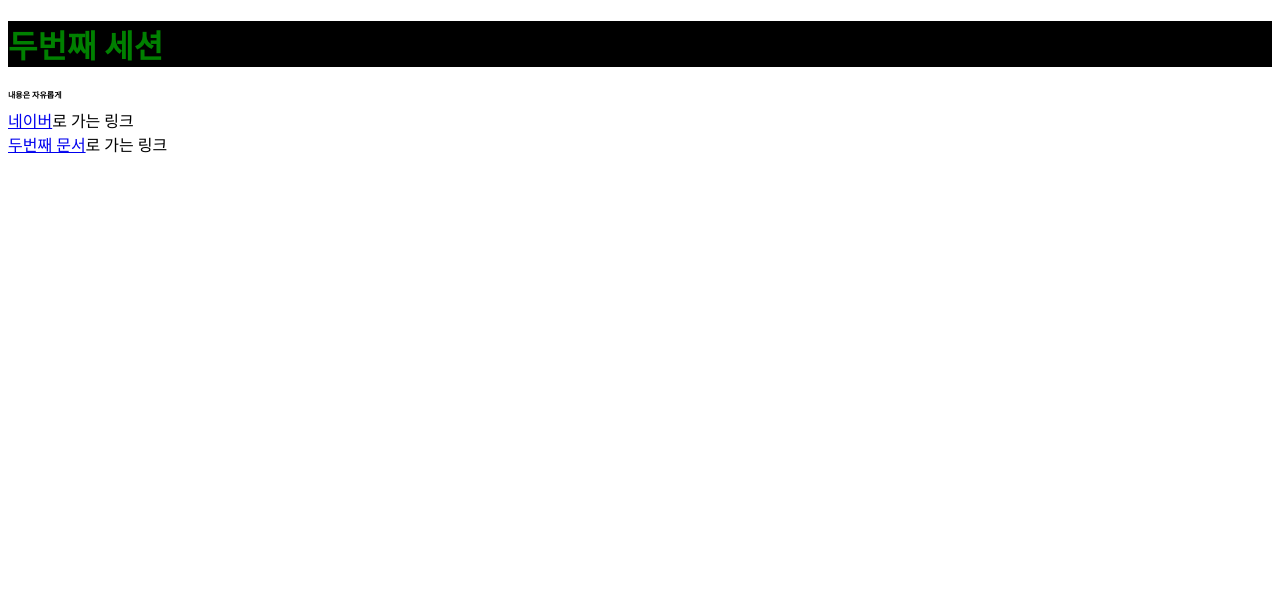
Repository: 90GSCHOI/LIKELION
Page: 0613test.html
The author's editor kept a record of every edit. The page is drawn from the files as they stood at one moment, then again after the next edit.
The browser window is 1280 px wide. The pictures show the whole page.

Above is the page before.

### 0613test.html
<!DOCTYPE html>
<html lang="en">
<head>
    <meta charset="UTF-8">
    <meta name="viewport" content="width=device-width, initial-scale=1.0">
    <meta http-equiv="X-UA-Compatible" content="ie=edge">
    <title>신나는 토요일</title>
    <link rel="stylesheet" href="./0613test.css" type="text/css" />
</head>
<body>
    <h1> 두번째 세션 </h1>
    <p> 내용은 자유롭게</p>
    <!--<form method="get">-->
    <!--<input type="text" name="like" />-->
    <!--<input type="submit" />-->
    <!--</form>-->
    <!--내가 만든 첫 번째 form-->
    <!--<img src="data:[embedded picture, 12111 characters]" />-->
    <a href="https://www.naver.com/">네이버</a>로 가는 링크 <br>
    <a href="./0613subtest.html">두번째 문서</a>로 가는 링크

</body>
</html>

### 0613test.css
h1{
   background:black;
   color:white;
}

p{
    font-weight:bold;
    font-size:0.5rem;
}

h1{
    color:green;
}

.red_color{
    color:red;
}

#myid{
    color:yellow;
}

/*@media(max-width:768px){*/
/*    body{*/
/*        background: brown;*/
/*    }*/
/*}*/

div{
    border:1px solid black;
    display:inline-block;
    width: 70px;
    height: 120px;
    padding: 10px 20px;
    box-size: border-box;
    margine: 30px;
    font-size: 0.5rem;
    text-align: center;
}

After the next edit:
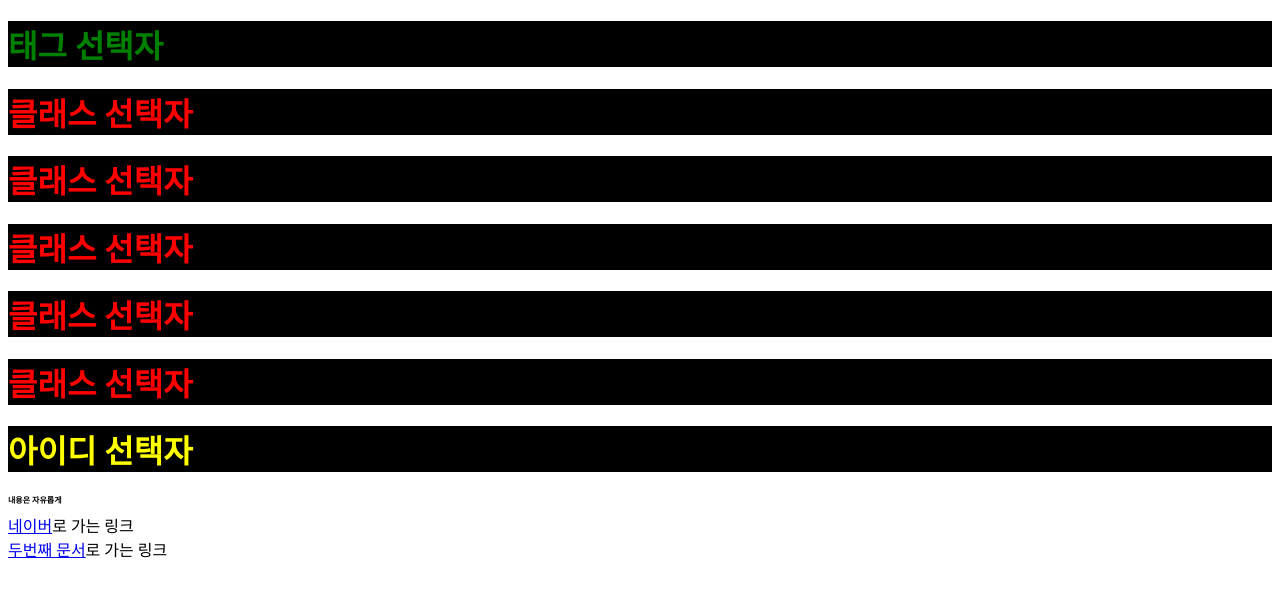
The edit:
--- a/0613test.html
+++ b/0613test.html
@@ -8,7 +8,13 @@
     <link rel="stylesheet" href="./0613test.css" type="text/css" />
 </head>
 <body>
-    <h1> 두번째 세션 </h1>
+    <h1> 태그 선택자 </h1>
+    <h1 class="red_color"> 클래스 선택자 </h1>
+    <h1 class="red_color"> 클래스 선택자 </h1>
+    <h1 class="red_color"> 클래스 선택자 </h1>
+    <h1 class="red_color"> 클래스 선택자 </h1>
+    <h1 class="red_color"> 클래스 선택자 </h1>
+    <h1 id="myid" class="red_color"> 아이디 선택자 </h1>
     <p> 내용은 자유롭게</p>
     <!--<form method="get">-->
     <!--<input type="text" name="like" />-->
